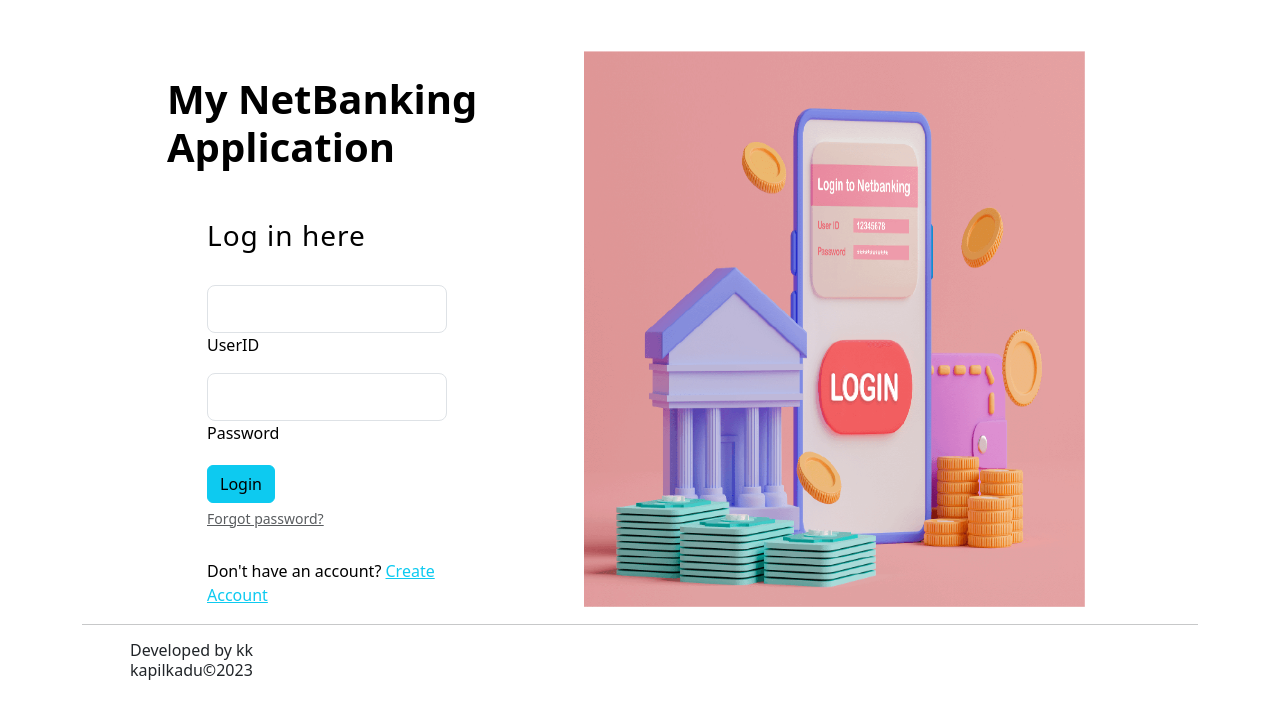
Repository: Kapil-06/My-Java-Projects
Page: http://localhost/MyNetBankingApplication/
These files come from the project's save history. The page is drawn as it stood at one moment and after the next save; the edit follows.
The browser window is 1280 px wide. The pictures show the whole page.
The page is served by Tomcat 10. Other server files are loaded and not shown.

Above is the page before, as saved 2023-05-17 03:59:18.

### MyNetBankingApplication/src/main/webapp/index.jsp
<%@ page language="java" contentType="text/html; charset=ISO-8859-1"
    pageEncoding="ISO-8859-1"%>
<!DOCTYPE html>
<html>
<head>
<meta charset="ISO-8859-1">
<title>LoginForm</title>
  <link rel="stylesheet" href="bootstrap.min.css">
  </head>
  <body style="margin-top: 50px;">
      <div class="container">
        <table style="width: 90%;">

            <tr style="border: 2px;">
                <td>
                    <section class="min-vh-30">
                        <div class="container-fluid">
                          <div class="row">
                            <div class="col-sm-6 text-black">

                              <div class="px-5 ms-xl-4">
                                <i class="fas fa-crow fa-2x me-3 pt-5 mt-xl-4" style="color: #709085;"></i>
                                <h3 class="h1 fw-bold mb-0">My NetBanking Application</h3>
                              </div>

                              <div class="d-flex align-items-center h-custom-2 px-5 ms-xl-4 mt-5 pt-5 pt-xl-0 mt-xl-n5">

                                <form method="post" action="Login" style="width: 15rem;margin-left: 40px;">

                                  <h3 class="fw-normal mb-3 pb-3" style="letter-spacing: 1px;">Log in here</h3>

                                  <div class="form-outline mb-2">
                                    <input type="text" name="uid" class="form-control form-control-lg" />
                                    <label class="form-label" for="form2Example18">UserID</label>
                                  </div>

                                  <div class="form-outline mb-2">
                                    <input type="password" name="psw" class="form-control form-control-lg" />
                                    <label class="form-label" for="form2Example28">Password</label>
                                  </div>

                                  <div class="pt-1 mb-2">
                                    <button class="btn btn-info btn-block" type="submit" value="Submit">Login</button>
                                  </div>

                                  <h4 class="small mb-4 pb-lg-2"><a class="text-muted" href="#!">Forgot password?</a></h4>
                                  <h class="display-9">Don't have an account? <a href="NewUser.html" class="link-info">Create Account</a></h>

                                </form>

                              </div>

                            </div>
                            <div class="col-sm-6 px-0 d-none d-sm-block">
                              <img src="Net-Banking.png"
                                alt="Login image" class="w-100 vh-70" style="height: 100%; position: relative;">
                            </div>
                          </div>
                        </div>
                      </section>
                </td>
            </tr>
        </table>
        <hr>
        <h6 class="display-9">&emsp;&emsp;&emsp;Developed by kk
        <br>&emsp;&emsp;&emsp;kapilkadu&copy;2023</h6>
    </div>
</body>
</html>

Loaded but not shown: MyNetBankingApplication/src/main/webapp/bootstrap.min.css (library)

After the next save:
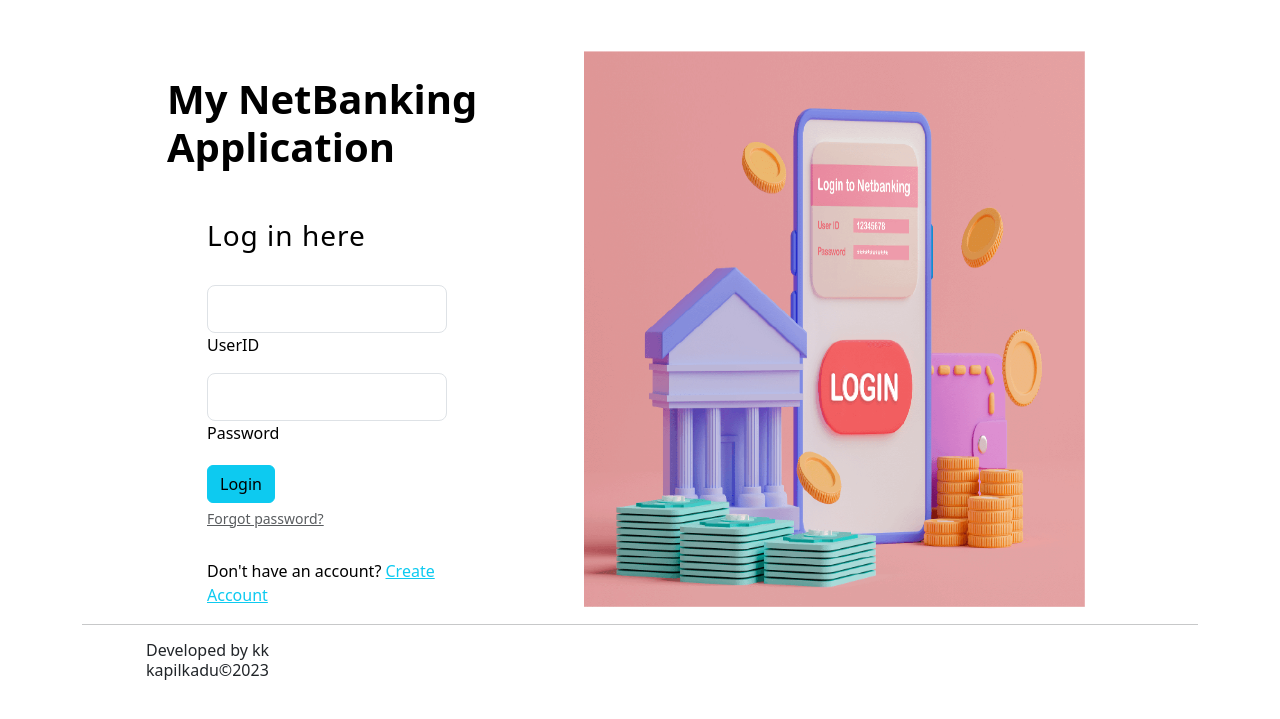
Saved 12 s later.
--- a/MyNetBankingApplication/src/main/webapp/index.jsp
+++ b/MyNetBankingApplication/src/main/webapp/index.jsp
@@ -62,8 +62,8 @@
             </tr>
         </table>
         <hr>
-        <h6 class="display-9">&emsp;&emsp;&emsp;Developed by kk
-        <br>&emsp;&emsp;&emsp;kapilkadu&copy;2023</h6>
+        <h6 class="display-9">&emsp;&emsp;&emsp;&emsp;Developed by kk
+        <br>&emsp;&emsp;&emsp;&emsp;kapilkadu&copy;2023</h6>
     </div>
 </body>
 </html>
